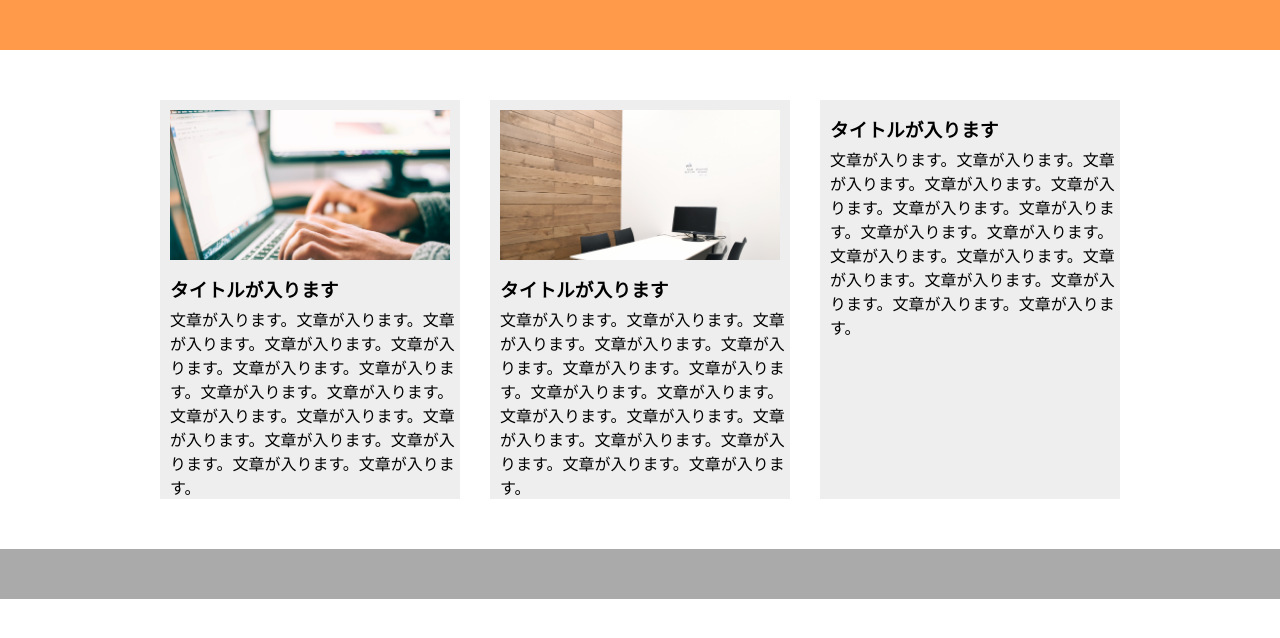
Repository: obm48er/all
Page: ennsyuu/演習問題９/index.html
The author's editor kept a record of every edit. The page is drawn from the files as they stood at one moment, then again after the next edit.
The browser window is 1280 px wide. The pictures show the whole page.

Above is the page before.

After the next edit:
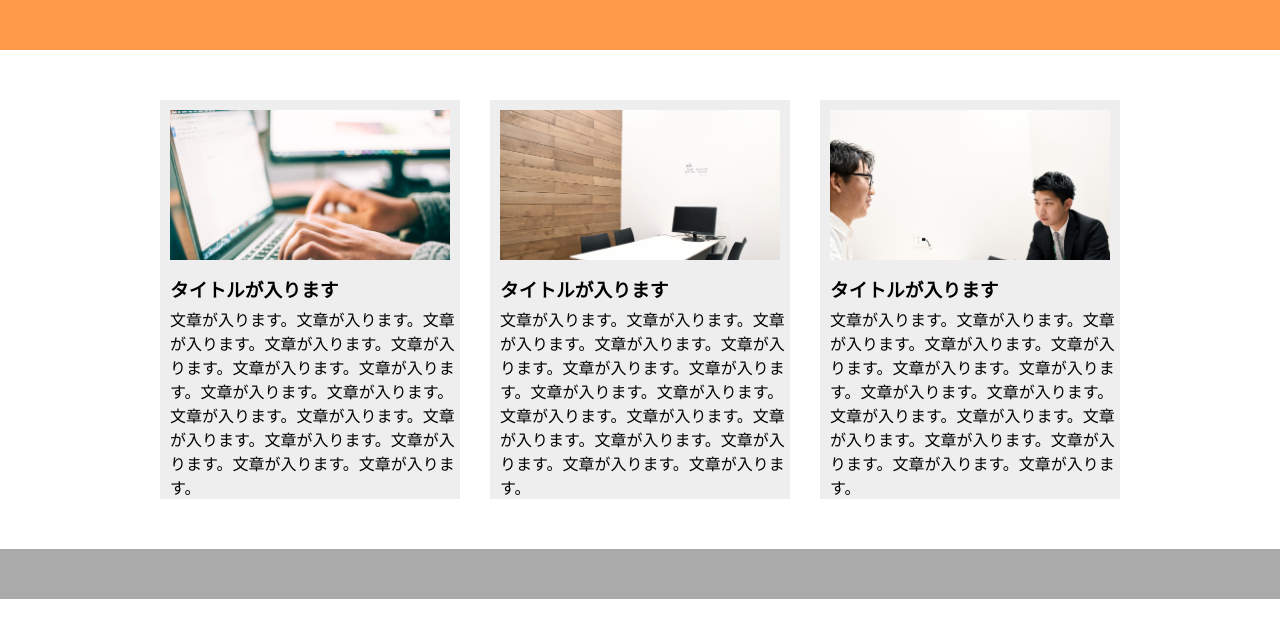
The edit:
--- a/ennsyuu/演習問題９/index.html
+++ b/ennsyuu/演習問題９/index.html
@@ -23,7 +23,7 @@
         <p class="text">文章が入ります。文章が入ります。文章が入ります。文章が入ります。文章が入ります。文章が入ります。文章が入ります。文章が入ります。文章が入ります。文章が入ります。文章が入ります。文章が入ります。文章が入ります。文章が入ります。文章が入ります。文章が入ります。</p>
       </div>
       <div class="box1">
-        <div class="box-image1 box-image3"></div>
+        <div class="box-image box-image3"></div>
         <h3 class="text-title">タイトルが入ります</h3>
         <p class="text">文章が入ります。文章が入ります。文章が入ります。文章が入ります。文章が入ります。文章が入ります。文章が入ります。文章が入ります。文章が入ります。文章が入ります。文章が入ります。文章が入ります。文章が入ります。文章が入ります。文章が入ります。文章が入ります。</p>
       </div>
